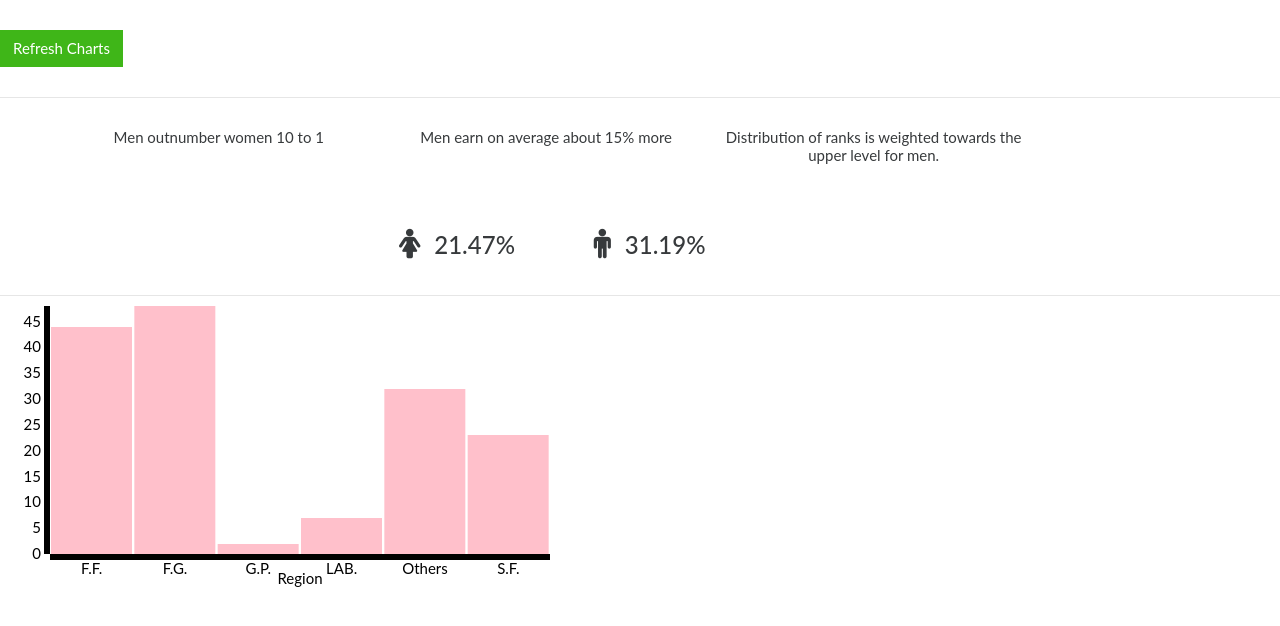
Repository: pauldardis/project-2-test
Page: index.1.html
The author's editor kept a record of every edit. The page is drawn from the files as they stood at one moment, then again after the next edit.
The browser window is 1280 px wide. The pictures show the whole page.

Above is the page before.

### index.1.html
<!DOCTYPE html>
<html lang="en">

<head>
    <meta charset="UTF-8">
    <meta name="viewport" content="width=device-width, initial-scale=1.0">
    <meta http-equiv="X-UA-Compatible" content="ie=edge">
    <title>Dashboard</title>

    <link rel="stylesheet" href="assets/css/bootstrap.min.css" type="text/css" />
    <!--<link rel="stylesheet" href="assets/css/dc.min.css" type="text/css" />-->
    <link rel="stylesheet" type="text/css" href="https://maxcdn.bootstrapcdn.com/font-awesome/4.7.0/css/font-awesome.min.css">
    <link rel="stylesheet" href="assets/css/style.css" type="text/css" />


    <script type="text/javascript" src="assets/js/d3.min.js"></script>
    <script type="text/javascript" src="assets/js/crossfilter.min.js"></script>
    <script type="text/javascript" src="assets/js/dc.min.js"></script>
    <script type="text/javascript" src="assets/js/queue.min.js"></script>
    <script type="text/javascript" src="assets/js/graps.1.js"></script>

</head>

<body>

    <section class="section">
        <div id="refresh-button">
            <button type="submit" class="btn btn-success" onClick="refreshPage()">Refresh Charts</button>
        </div>
    </section>




    <section class="section">
        <div class="container">
            <div class="row">
                <div class="row">
                    <div class="col-xs-12 col-sm-4 text-center">
                        <p class="section-paragraph">Men outnumber women 10 to 1</p>
                    </div>
                    <div class="col-xs-12 col-sm-4 text-center">
                        <p class="section-paragraph">Men earn on average about 15% more</p>
                    </div>
                    <div class="col-xs-12 col-sm-4 text-center">
                        <p class="section-paragraph">Distribution of ranks is weighted towards the upper level for men.</p>
                    </div>
                </div>
                <div class="container">
                    <div class="row">
                        <div class="col-xs-12 col-sm-4 col-md-4 col-lg-4 text-center custom-chart" id="region-selector"></div>
                        <div class="col-xs-12 col-sm-4 col-md-4 col-lg-4 text-center custom-chart" id="constituency-selector"></div>
                        <div class="col-xs-12 col-sm-4 col-md-4 col-lg-4 text-center custom-chart" id="elected-selector"></div>
                    </div>
                </div>
            </div>
        </div>
        <div class="row col-12"></div>
        <div class="col-xs-12 col-sm-12 col-lg-12 gender-box">
            <i class="fa fa-female fa-gender" aria-hidden="true"></i> <span class="number-box" id="percent-of-women-professors"></span>
            <i class="fa fa-male fa-gender" aria-hidden="true"></i> <span class="number-box" id="percent-of-men-professors"></span>
        </div>
    </section>

    <section>
        <div class="container-fluid">
            <div class="row">
                <div class="col-xs-12 col-sm-6 col-md-3 col-lg-3">
                    <div>
                        <div>
                            <div class=" " id="party_first_preference_graphs"></div>
                        </div>
                    </div>
                </div>
                <div class="col-xs-12 col-sm-6 col-md-3 col-lg-3">
                    <div>
                        <div>
                            <div class="" id="party_total_votes_graphs"></div>
                        </div>
                    </div>
                </div>
                <div class="col-xs-12 col-sm-6 col-md-3 col-lg-3">
                    <div>
                        <div>
                            <div class="" id="candidate-first-preferance-graph">
                            </div>
                        </div>
                    </div>
                </div>
                <div class="col-xs-12 col-sm-6 col-md-3 col-lg-3">
                    <div>
                        <div>
                            <!--<div class="" id="candidate-graph">-->
                            </div>
                        </div>
                    </div>
                </div>
            </div>
    </section>



<div class="" id="candidate-graph"></div>
<div class="" id="candidate-graph-v2"></div>







    <!--<div class="col-xs-12 col-sm-6 col-md-3 col-lg-3 " id="party_first_preference_graphs"></div>-->
    <!--<div class="col-xs-12 col-sm-6 col-md-3 col-lg-3 text-center" id="party_total_votes_graphs"></div>-->
    <!--<div class="col-xs-12 col-sm-6 col-md-3 col-lg-3 text-center" id="candidate-first-preferance-graph"></div>-->
    <!--<div class="col-xs-12 col-sm-6 col-md-3 col-lg-3 text-center" id="candidate-total-votes-graph"></div>-->


    <section>
        <div class="container">
            <div class="row">
                <!--<div class="col-xs-12 col-sm-4 text-center" id="candidate-first-preferance-graph"></div>-->
                <!--<div class="col-xs-12 col-sm-4 text-center" id="candidate-total-votes-graph"></div>-->
            </div>
        </div>
    </section>








</body>

</html>

### assets/css/style.css
.gender-box {
	display: block;
	margin-left: auto;
	margin-right: auto;
	width: 40%;
}


.graph-box {
	display: block;
	margin-left: auto;
	margin-right: auto;
}


/*This removes the gridlines on the row chart but causes issue with x axesis */
/*.tick  { */
/*    display: none;*/
/*     }*/








/*.row {*/
/*	margin: 0px;*/
/*	padding: 0px;*/
/*}*/

/*.container {*/
/*	margin: 0px;*/
/*	padding: 0px;*/
/*}*/








.navbar-default {
	background-image: none;
	margin-bottom: 0;
}

.section-heading,
#discipline-selector {
	display: inline-block;
	float: none;
	margin: 0;
}

.section-heading {
	margin-bottom: 50px;
}

#discipline-selector {
	margin-left: 15px;
}

.number-box {
	margin-right: 75px;
}

.number-box,
.fa.fa-gender {
	font-size: 30px;
	font-weight: 500;
}

.fa-gender {
	margin-right: 10px;
}

.custom-chart {
	margin-bottom: 40px;
}

.section {
	border-bottom: 1px solid #e6e6e6;
	padding: 30px 0;
}

.section-paragraph {
	line-height: 1.2;
}

@import url("https://fonts.googleapis.com/css?family=Lato:300,400&display=swap");

/* BODY & HTML */
body {
    font-family: "Lato", sans-serif;
    font-weight: 400;
}

body,
html {
    width: 100%;
    height: 100%;
    padding: 0;
    margin: 0;
}

/* HEADINGS */
/* Styling of the dashboard title */

h1 {
    margin: 0;
}

/* Styling of heading 2 */

h2 {
    font-size: 1rem;
    font-weight: 300;
    margin-bottom: 0;
    margin-top: 15px;
}

/* SPINNER */
/* Spinner on data loading
spinner animation found on CodePen: https://codepen.io/judecodes/pen/PrBOvG?&page=1 */

.loader {
    z-index: 99;
    width: 200px;
    height: 200px;
    border-radius: 50%;
    border-top: 2px solid #2477b4;
    border-bottom: 2px solid transparent;
    border-left: 2px solid transparent;
    border-right: 2px solid transparent;
    animation: spin 3s linear infinite forwards;

    position: absolute;
    top: 0;
    bottom: 0;
    left: 0;
    right: 0;
    margin: auto;
}

.loader::before,
.loader::after {
    content: "";
    position: absolute;
    border-radius: 50%;
    border-top: 2px solid #2477b4;
    border-bottom: 2px solid transparent;
    border-left: 2px solid transparent;
    border-right: 2px solid transparent;
}

.loader::before {
    top: 7px;
    left: 7px;
    width: 178px;
    height: 178px;
    border-top: 2px solid #e6562e;
    animation: spin 2s linear infinite forwards;
}

.loader::after {
    top: 16px;
    left: 16px;
    width: 160px;
    height: 160px;
    border-top: 2px solid #f2893c;
    animation: spin 1s linear infinite forwards;
}

@keyframes spin {
    to {
        transform: rotate(360deg);
    }
}

/* Overlay styled to dim the background for spinner */

#overlay {
    z-index: 98;
    position: fixed;
    top: 0;
    left: 0;
    height: 100%;
    width: 100%;
    background: rgba(0, 0, 0, .5);
}

/* BACK TO TOP BUTTON */
/* Back to top button inspired by this Codepen solution: https://codepen.io/matthewcain/pen/ZepbeR */

#button {
    display: inline-block;
    background-color: transparent;
    color: #DF691A;
    border: 1px solid #DF691A;
    width: 50px;
    height: 50px;
    text-align: center;
    border-radius: 3px;
    position: fixed;
    bottom: 30px;
    right: 30px;
    transition: background-color .3s,
    opacity .5s, visibility .5s;
    opacity: 0;
    visibility: hidden;
    z-index: 97;
}

#button::after {
    content: "\f077";
    font-family: FontAwesome;
    font-weight: normal;
    font-style: normal;
    font-size: 2em;
    line-height: 50px;
}

#button:active {
    color: #ffffff;
    background-color: #DF691A;
}

#button.show {
    opacity: 1;
    visibility: visible;
}

/* REGIONAL SELECTOR */
/* Region selector menu styling */

#region-selector select {
    background: #5d6b78;
    border: #445360;
    color: #ebebeb;
    font-size: 1rem;
}

/* Select menu styling to match bootstrap theme */

select {
    background: #4e5d6c;
    color: #ebebeb;
}

/* CARDS */
/* Increasing size of font awesome icons */

.fa {
    font-size: 3rem;
}


/* Styles for tiles/cards */

.tile-s1,
.tile-s2,
.tile-s3 {
    max-width: 45rem;
}

.tile-s3 {
    min-height: 20rem;
}

.tile-s3 span {
    font-size: 1.5rem;
}

.tile-s4 {
    max-width: 70rem;
}

/* Card titles and filter label styled to uppercase */

.card-header,
.selector-label {
    text-transform: uppercase;
}

/* Number box font size increased to make it more prominent */

.number-box span {
    font-size: 1.5rem;
}

/* Shadow added to the chart tiles */

.shadow-box {
    box-shadow: 4px 4px 7px 0px rgba(61, 78, 94, 1);
}

/* Charts styling to fix the issue of responsiveness */

#composite-hour,
#composite-month {
    height: 300px;
    width: 750px;
}

/* Increasing the size of a viewbox so charts are bigger */

#accidents-severity,
#rd-type-split {
    height: 400px;
    width: 460px;
}

#severity-distribution {
    height: 400px;
    width: 380px;
}

/* DATA COUNT & RESET
/* Changing default margins to create some space between count feature and other sections */

.dc-data-count {
    margin: 10px 0;
}

/* Reset button  - border-radius added to match back0to0top button and shadow box removed*/

#reset-button {
    border-radius: 3px;
}

#reset-button:focus {
    box-shadow: none;
}

/* FOOTER */
/* adding margin so footer ellements have some space inbetween on smaller devices */

.footer-item {
    margin-bottom: 10px;
}

/* Underlining removed from all links */

a:hover {
    text-decoration: none;
}

/* MEDIA QUERIES */

@media only screen and (min-width: 1200px) {

    .tile-s2 {
        min-height: 30rem;
    }

}

@media only screen and (max-width: 1200px) {

    h1 {
        font-size: 1.9rem;
    }

    #stacked-chart {
        max-width: 70rem;
    }

}

@media only screen and (max-width: 992px) {

    .card-header {
        font-size: 0.7rem;
    }

    .number-box span {
        font-size: 1.2rem;
    }

}

/* media query created to make number display element look better, to add more space between the chart and the number */

@media only screen and (max-width: 767px) {

    .number-box span {
        font-size: 1.5rem;
    }

    .card-header,
    .selector-label {
        font-size: 0.8rem;
    }

    #accidents-severity,
    #rd-type-split {
        height: 360px;
        width: 440px;
    }

    #severity-distribution {
        height: 370px;
        width: 360px;
    }

}

/* Adjustments to font sizes to avoid line break */

@media only screen and (max-width: 576px) {

    h1 {
        font-size: 2rem;
    }

    .card-header,
    .selector-label {
        font-size: 1rem;
    }

    .navbar-brand {
        font-size: 1rem;
    }

    /* height adjusted to reduce space at top and the bottom of the chart (within the card) */
    #composite-hour,
    #composite-month {
        height: 120px;
    }

    #accidents-severity,
    #rd-type-split {
        height: 260px;
    }

}

@media only screen and (max-width: 375px) {

    #severity-distribution {
        height: 250px;
    }

}

/* Solution to sticky hover on mobile devices found here: https://medium.com/@ferie/detect-a-touch-device-with-only-css-9f8e30fa1134 */

@media (hover: hover) {

    #button:hover {
        cursor: pointer;
        background-color: #DF691A;
        color: #ffffff;
    }

}

### assets/js/graps.1.js
queue()
    .defer(d3.csv, "assets/data/election-2016.csv")
    .await(makeGraphs);



function makeGraphs(error, salesData) {
    var ndx = crossfilter(salesData);

    // region_selector(ndx);
    // constituency_selector(ndx);
    // elected_selector(ndx);
    // party_first_preference_graphs(ndx);
    // party_total_votes_graphs(ndx);
    // candidate_first_preferance_graphs(ndx);
    // candidate_total_votes_graphs(ndx);
    // candidate_graphs(ndx);
    candidate_graphs_v2(ndx);

    show_percent_that_are_professors(ndx, "F", "#percent-of-women-professors");
    show_percent_that_are_professors(ndx, "M", "#percent-of-men-professors");





    dc.renderAll();
}


function refreshPage() {
    window.location.reload();
}


function region_selector(ndx) {
    var dim = ndx.dimension(dc.pluck('Region'));
    group = dim.group();

    dc.selectMenu("#region-selector")
        .dimension(dim)
        .group(group);
}

function constituency_selector(ndx) {
    var dim = ndx.dimension(dc.pluck('Constituency_Name'));
    group = dim.group();

    dc.selectMenu("#constituency-selector")
        .dimension(dim)
        .group(group);
}

function elected_selector(ndx) {
    var dim = ndx.dimension(dc.pluck('Result'));
    group = dim.group();

    dc.selectMenu("#elected-selector")
        .dimension(dim)
        .group(group);
}




function party_first_preference_graphs(ndx) {

    var dim = ndx.dimension(dc.pluck('Party_Abbreviation'));
    var group = dim.group().reduceSum(dc.pluck('Count_1'));

    dc.pieChart('#party_first_preference_graphs') /* targeting the div where we want the pie chart*/
        .height(360)
        .width(360)
        .innerRadius(95)
        .transitionDuration(1500)
        // .colors(d3.scale.ordinal().range(["#3182bc", "#fd8c3d", "#e6550e"]))
        .dimension(dim)
        .renderLabel(true)
        .legend(dc.legend().x(150).y(130).itemHeight(14).gap(5))
        .title(function(d) {
            return d.key + ": " + ((d.value / d3.sum(group.all(),
                function(d) { return d.value; })) * 100).toFixed(0) + "%";
        })
        .on("pretransition", function(chart) {
            chart.selectAll("text.pie-slice").text(function(d) {
                if (dc.utils.printSingleValue(
                        (d.endAngle - d.startAngle) /
                        (2 * Math.PI) * 100) >= 6) {
                    return dc.utils.printSingleValue(
                        (d.endAngle - d.startAngle) /
                        (2 * Math.PI) * 100) + "%";
                }
            })
            // chart.select("svg")
            //     .attr("height", "100%")
            //     .attr("width", "100%")
            //     .attr("viewBox", "0 0 360 360");
            chart.selectAll(".dc-legend-item text")
                .attr("fill", "#1D47FF")
                .text("")
                .append("tspan")
                .text(function(d) { return d.name; })
                .attr("x", 70)
                .attr("text-anchor", "end");
        })
        .group(group);
}


function party_total_votes_graphs(ndx) {
    var dim = ndx.dimension(dc.pluck('Party_Abbreviation'));
    var group = dim.group().reduceSum(dc.pluck('Seat'));

    dc.pieChart('#party_total_votes_graphs') /* targeting the div where we want the pie chart*/
        .height(360)
        .width(360)
        .innerRadius(95)
        .transitionDuration(1500)
        // .colors(d3.scale.ordinal().range(["#3182bc", "#fd8c3d", "#e6550e"]))
        .dimension(dim)
        .renderLabel(true)
        .legend(dc.legend().x(150).y(130).itemHeight(14).gap(5))
        // .radius(360)
        .group(group)
        .title();
}




function candidate_graphs(ndx) {
    var dim = ndx.dimension(dc.pluck('Party_Abbreviation'));
    var group = dim.group().reduceSum(dc.pluck('Seat'));

    // var group = dim.group();

    dc.rowChart("#candidate-graph")
        .width(600)
        .height(300)
        .margins({ top: 10, right: 50, bottom: 30, left: 50 })
        .dimension(dim)
        .group(group);
}


function candidate_graphs_v2(ndx) {
    var dim = ndx.dimension(dc.pluck('Party_Abbreviation'));
    var group = dim.group().reduceSum(dc.pluck('Seat'));
    var genderColors = d3.scale.ordinal()
        .domain(["F.G.", "F.F.", "Others", "S.F.", "LAB.", "G.P."])
        .range(["pink", "blue", "red", "yellow", "black", "white"]);

    var party_color = ndx.dimension(function(d) {
        return [d.Party_Abbreviation];
    });

    dc.barChart("#candidate-graph-v2")
        .width(600)
        .height(300)
        .margins({ top: 10, right: 50, bottom: 30, left: 50 })
        .dimension(dim)
          .colorAccessor(function (d) {
            return d.key[6];
        })
        .colors(genderColors)
        .group(group)
        .x(d3.scale.ordinal())
        .xUnits(dc.units.ordinal)
        .elasticY(true)
        .xAxisLabel("Region")
        .yAxis().ticks(10);

}

















// function party_total_votes_graphs(ndx) {

//     var dim = ndx.dimension(dc.pluck('Party_Abbreviation'));
//     var group = dim.group().reduceSum(dc.pluck('Total_Votes'));

//     dc.pieChart('#party_total_votes_graphs') /* targeting the div where we want the pie chart*/
//         .height(360)
//         .width(360)
//         .innerRadius(95)
//         .transitionDuration(1500)
//         // .colors(d3.scale.ordinal().range(["#3182bc", "#fd8c3d", "#e6550e"]))
//         .dimension(dim)
//         .renderLabel(true)
//         .legend(dc.legend().x(110).y(150).itemHeight(13).gap(5))
//         // .title(function(d) {
//         //     return d.key + ": " + ((d.value / d3.sum(group.all(),
//         //         function(d) { return d.value; })) * 100).toFixed(0) + "%";
//         // })
//         .on("pretransition", function(chart)
//         {
//             chart.selectAll("text.pie-slice").text(function(d) {
//                 if (dc.utils.printSingleValue(
//                         (d.endAngle - d.startAngle) /
//                         (2 * Math.PI) * 100) >= 6) {
//                     return dc.utils.printSingleValue(
//                         (d.endAngle - d.startAngle) /
//                         (2 * Math.PI) * 100) + "%";
//                 }
//             }
//             )
//             chart.select("svg")
//                 .attr("height", "100%")
//                 .attr("width", "100%")
//                 .attr("viewBox", "0 0 360 360");
//             chart.selectAll(".dc-legend-item text")
//                 .attr("fill", "#1D47FF")
//                 .text("")
//                 .append("tspan")
//                 .text(function(d) { return d.name; })
//                 .attr("x", 70)
//                 .attr("text-anchor", "end");
//         })
//         .group(group);
// }










function candidate_first_preferance_graphs(ndx) {
    var dim = ndx.dimension(dc.pluck('Candidate'));
    var group = dim.group().reduceSum(dc.pluck('Count_1'));


    dc.pieChart('#candidate-first-preferance-graph') /* targeting the div where we want the pie chart*/
        .height(360)
        .width(360)
        .radius(360)
        .innerRadius(95)
        .transitionDuration(1500)
        .dimension(dim)
        .group(group);
}

function candidate_total_votes_graphs(ndx) {
    var dim = ndx.dimension(dc.pluck('Candidate'));
    var group = dim.group().reduceSum(dc.pluck('Total_Votes'));


    dc.pieChart('#candidate-total-votes-graph') /* targeting the div where we want the pie chart*/
        .height(250)
        .radius(100)
        .innerRadius(30)
        .transitionDuration(1500)
        .dimension(dim)
        .group(group);
}












// Everything under here is in test

function show_percent_that_are_professors(ndx, gender, element) {
    var percentageThatAreProf = ndx.groupAll().reduce(
        function(p, v) {
            if (v.Gender === gender) {
                p.count++;
                if (v.Result === "Elected") {
                    p.are_prof++;
                }
            }
            return p;
        },
        function(p, v) {
            if (v.Gender === gender) {
                p.count--;
                if (v.Result === "Elected") {
                    p.are_prof--;
                }
            }
            return p;
        },
        function() {
            return { count: 0, are_prof: 0 };
        },
    );

    dc.numberDisplay(element)
        .formatNumber(d3.format(".2%"))
        .valueAccessor(function(d) {
            if (d.count == 0) {
                return 0;
            }
            else {
                return (d.are_prof / d.count);
            }
        })
        .group(percentageThatAreProf)
}













































// function show_revenue_graphs(ndx) {
//     var dim = ndx.dimension(dc.pluck('Candidate'));
//     var group = dim.group().reduceSum(dc.pluck('Total_Votes'));
//     // var group = dim.group();

//     dc.rowChart("#revenue-graph")
//         .width(600)
//         .height(2000)
//         .margins({ top: 10, right: 50, bottom: 30, left: 50 })
//         .dimension(dim)
//         .group(group);
// .transitionDuration(500)
// .x(d3.scale.ordinal())
// .xUnits(dc.units.ordinal)
// .elasticY(true)
// .xAxisLabel("Region")
// .yAxis().ticks(10);


// }


// function candidate_graphs(ndx) {
//     var dim = ndx.dimension(dc.pluck('Candidate'));
//     var group = dim.group().reduceSum(dc.pluck('Constituency_Name'));

//     dc.barChart("#candidate-graph")
//         .width(600)
//         .height(300)
//         .margins({ top: 10, right: 50, bottom: 30, left: 50 })
//         .dimension(dim)
//         .group(group)
//         .transitionDuration(500)
//         .x(d3.scale.ordinal())
//         .xUnits(dc.units.ordinal)
//         .elasticY(true)
//         .xAxisLabel("Region")
//         .yAxis().ticks(10);

// }

Loaded but not shown: assets/css/bootstrap.min.css (library); assets/js/d3.min.js (library); assets/js/crossfilter.min.js (library); assets/js/dc.min.js (library); assets/js/queue.min.js (common file)

After the next edit:
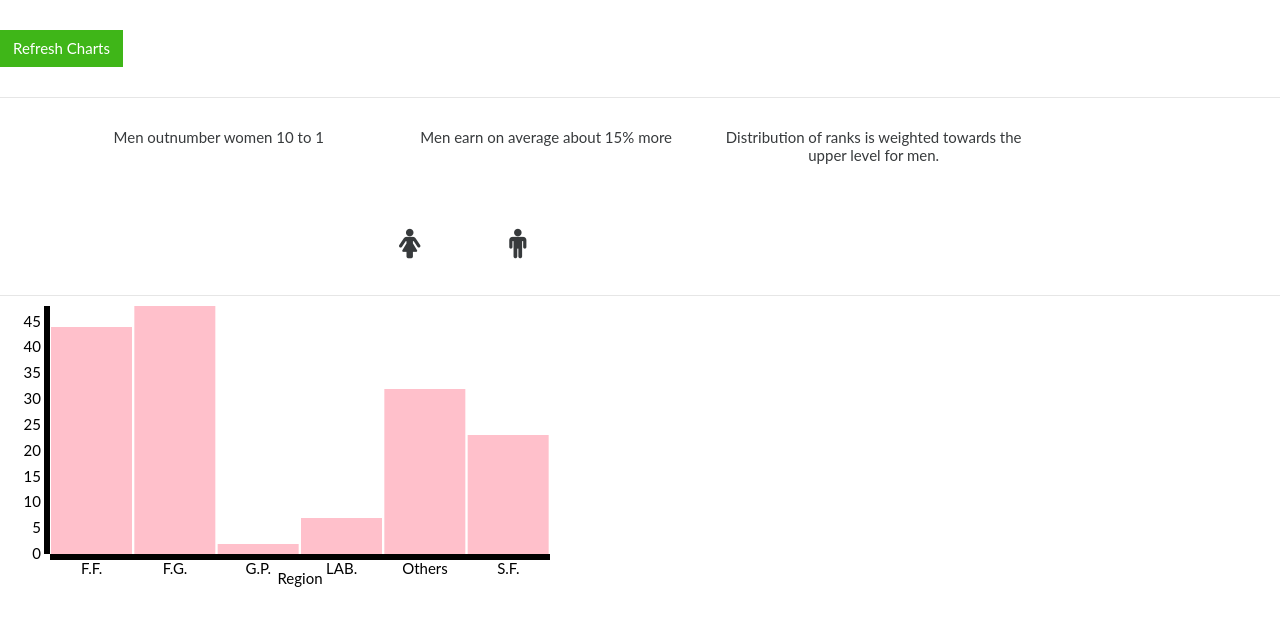
The edit:
--- a/assets/js/graps.1.js
+++ b/assets/js/graps.1.js
@@ -17,8 +17,8 @@
     // candidate_graphs(ndx);
     candidate_graphs_v2(ndx);
 
-    show_percent_that_are_professors(ndx, "F", "#percent-of-women-professors");
-    show_percent_that_are_professors(ndx, "M", "#percent-of-men-professors");
+    // show_percent_that_are_professors(ndx, "F", "#percent-of-women-professors");
+    // show_percent_that_are_professors(ndx, "M", "#percent-of-men-professors");
 
 
 
